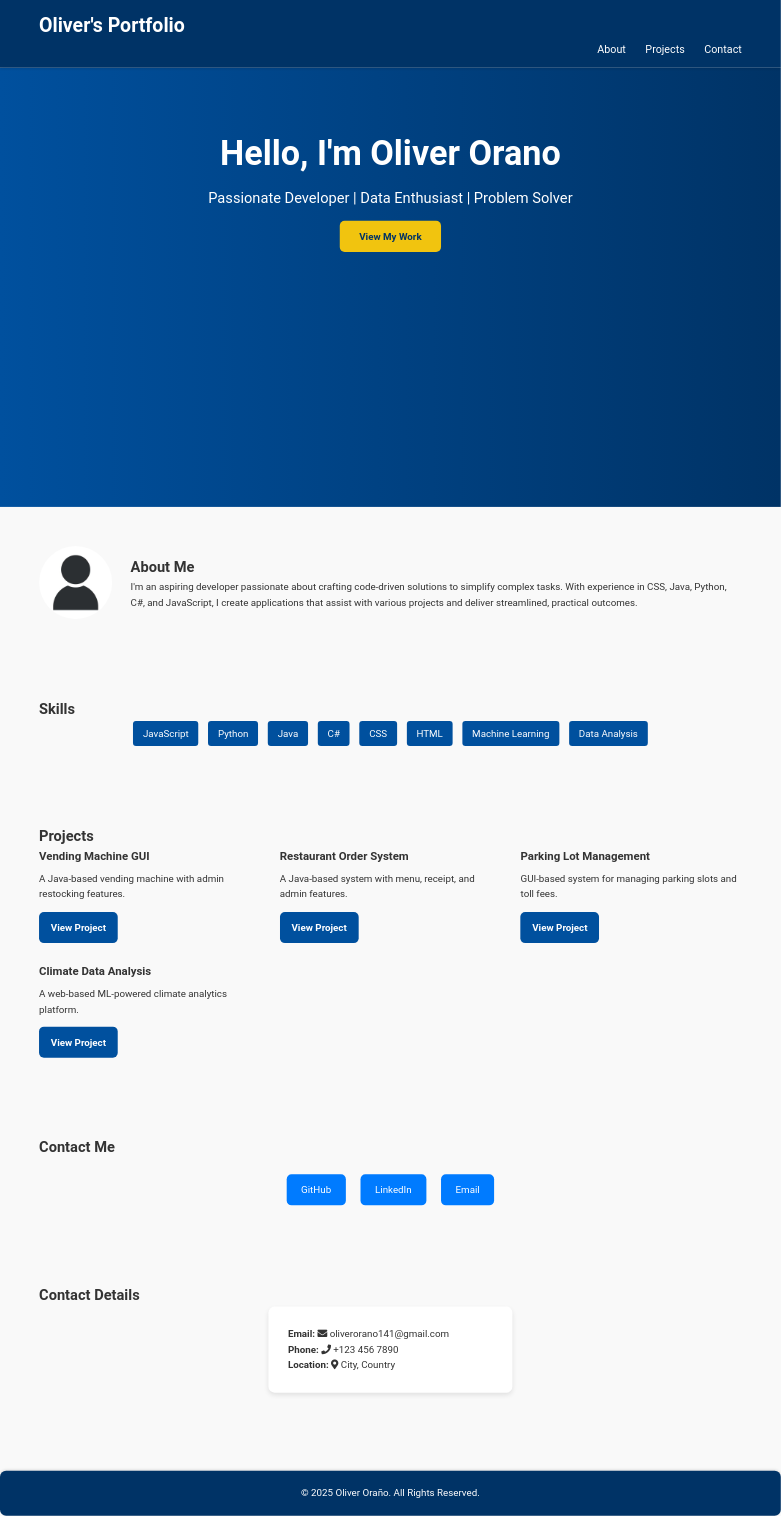
Repository: nightmar3fuel/portfolio.html
Page: my.html
These files come from the project's save history. The page is drawn as it stood at one moment and after the next save; the edit follows.
The browser window is 1280 px wide. The pictures show the whole page, at 61% of full size.

Above is the page before, as saved 2025-02-06 15:06:16.

### my.html
<!DOCTYPE html>
<html lang="en">

<head>
    <meta charset="UTF-8">
    <meta name="viewport" content="width=device-width, initial-scale=1.0">
    <title>Oliver's Portfolio</title>
    <link rel="stylesheet" href="styles.css">
    <link rel="stylesheet" href="https://cdnjs.cloudflare.com/ajax/libs/font-awesome/5.15.4/css/all.min.css">
</head>

<body>
    <header>
        <nav class="navbar">
            <div class="container">
                <h1 class="logo">Oliver's Portfolio</h1>
                <ul class="nav-links">
                    <li><a href="#about">About</a></li>
                    <li><a href="#projects">Projects</a></li>
                    <li><a href="#contact">Contact</a></li>
                </ul>
            </div>
        </nav>
    </header>

    <main>
        <section id="hero">
            <div class="hero-container">
                <h2>Hello, I'm Oliver Orano</h2>
                <p>Passionate Developer | Data Enthusiast | Problem Solver</p>
                <a href="#projects" class="cta-button">View My Work</a>
            </div>
        </section>

        <section id="about">
            <div class="container about-container">
                <img src="human.jpg" alt="Profile Picture" class="profile-pic">
                <div>
                    <h2>About Me</h2>
                    <p>I'm an aspiring developer passionate about crafting code-driven solutions to simplify complex tasks. With experience in CSS, Java, Python, C#, and JavaScript, I create applications that assist with various projects and deliver streamlined,
                        practical outcomes.</p>
                </div>
            </div>
        </section>
        <section id="skills">
            <div class="container">
                <h2>Skills</h2>
                <ul class="skills-list">
                    <li>JavaScript</li>
                    <li>Python</li>
                    <li>Java</li>
                    <li>C#</li>
                    <li>CSS</li>
                    <li>HTML</li>
                    <li>Machine Learning</li>
                    <li>Data Analysis</li>
                </ul>
            </div>
        </section>

        <section id="projects">
            <div class="container">
                <h2>Projects</h2>
                <div class="project-grid">
                    <div class="project-card">
                        <h3>Vending Machine GUI</h3>
                        <p>A Java-based vending machine with admin restocking features.</p>
                        <a href="#" target="_blank" class="project-link">View Project</a>
                    </div>
                    <div class="project-card">
                        <h3>Restaurant Order System</h3>
                        <p>A Java-based system with menu, receipt, and admin features.</p>
                        <a href="#" target="_blank" class="project-link">View Project</a>
                    </div>
                    <div class="project-card">
                        <h3>Parking Lot Management</h3>
                        <p>GUI-based system for managing parking slots and toll fees.</p>
                        <a href="#" target="_blank" class="project-link">View Project</a>
                    </div>
                    <div class="project-card">
                        <h3>Climate Data Analysis</h3>
                        <p>A web-based ML-powered climate analytics platform.</p>
                        <a href="#" target="_blank" class="project-link">View Project</a>
                    </div>
                </div>
            </div>
        </section>

        <section id="contact">
            <div class="container">
                <h2>Contact Me</h2>
                <div class="contact-links">
                    <a href="https://github.com/nightmar3fuel" target="_blank">GitHub</a>
                    <a href="https://linkedin.com/in/yourlinkedin" target="_blank">LinkedIn</a>
                    <a href="mailto:oliverorano141@gmail.com">Email</a>
                </div>
            </div>
        </section>
        <section id="contact-details">
            <div class="container contact-details-container">
                <h2>Contact Details</h2>
                <div class="contact-box">
                    <p><strong>Email:</strong> <i class="fas fa-envelope"></i> oliverorano141@gmail.com</p>
                    <p><strong>Phone:</strong> <i class="fas fa-phone"></i> +123 456 7890</p>
                    <p><strong>Location:</strong> <i class="fas fa-map-marker-alt"></i> City, Country</p>
                </div>
            </div>
        </section>
    </main>

    <footer>
        <p>&copy; 2025 Oliver Oraño. All Rights Reserved.</p>
    </footer>

</body>

</html>

### styles.css
/* General Reset */

* {
    margin: 0;
    padding: 0;
    box-sizing: border-box;
}

body {
    font-family: 'Roboto', sans-serif;
    /* Change to a more modern font */
    background-color: #f9f9f9;
    color: #333;
    line-height: 1.6;
    overflow-x: hidden;
    /* Prevent horizontal scroll */
}


/* Navbar */

.navbar {
    background-color: #003366;
    color: white;
    padding: 1rem 0;
    position: sticky;
    top: 0;
    z-index: 1000;
    box-shadow: 0 2px 4px rgba(0, 0, 0, 0.1);
    /* Add shadow */
}

.container {
    max-width: 1200px;
    margin: 0 auto;
    padding: 0 1.5rem;
}

.navbar .logo {
    font-size: 2rem;
    font-weight: bold;
}

.nav-links {
    list-style: none;
    display: flex;
    justify-content: flex-end;
}

.nav-links li {
    margin-left: 2rem;
}

.nav-links a {
    color: white;
    text-decoration: none;
    font-size: 1.1rem;
    transition: color 0.3s, transform 0.3s;
}

.nav-links a:hover {
    color: #f1c40f;
    transform: scale(1.05);
}


/* Hero Section */

#hero {
    background: linear-gradient(to right, #00509e, #003366);
    /* Gradient background */
    color: white;
    padding: 6rem 0;
    text-align: center;
    min-height: 100vh;
    /* Full viewport height */
}

.hero-container h2 {
    font-size: 3.5rem;
    margin-bottom: 0.5rem;
}

.hero-container p {
    font-size: 1.5rem;
    margin-bottom: 2rem;
}

.cta-button,
.project-link {
    background-color: #f1c40f;
    color: #003366;
    padding: 1rem 2rem;
    text-decoration: none;
    font-weight: bold;
    border-radius: 8px;
    transition: background-color 0.3s, transform 0.3s;
}

.cta-button:hover,
.project-link:hover {
    background-color: #003366;
    color: white;
    transform: scale(1.05);
}


/* Section Styling */

section {
    padding: 4rem 0;
}


/* Project Section */

.project-grid {
    display: grid;
    grid-template-columns: repeat(auto-fit, minmax(300px, 1fr));
    gap: 2rem;
}

.project-card {
    transition: transform 0.3s, box-shadow 0.3s;
}

.project-card:hover {
    transform: translateY(-5px);
    box-shadow: 0 8px 16px rgba(0, 0, 0, 0.2);
}

.project-card h3 {
    margin-bottom: 0.5rem;
}

.project-card p {
    margin-bottom: 1rem;
}

.project-link {
    text-decoration: none;
    background-color: #00509e;
    color: white;
    padding: 0.8rem 1.2rem;
    border-radius: 8px;
    display: inline-block;
    transition: background-color 0.3s, transform 0.3s;
}

.project-link:hover {
    background-color: #003366;
    transform: scale(1.05);
}


/* Contact Section */

.contact-links {
    display: flex;
    justify-content: center;
    gap: 1.5rem;
    margin-top: 1.5rem;
}

.contact-links a {
    text-decoration: none;
    background-color: #007BFF;
    color: white;
    padding: 0.8rem 1.5rem;
    border-radius: 8px;
    transition: background-color 0.2s, transform 0.2s;
}

.contact-links a:hover {
    background-color: #0056b3;
    transform: scale(1.05);
}


/* Footer */

footer {
    background-color: #003366;
    color: white;
    text-align: center;
    padding: 1.5rem 0;
    margin-top: 4rem;
    border-radius: 10px;
    box-shadow: 0 -2px 4px rgba(0, 0, 0, 0.1);
    /* Add shadow */
}

.about-container {
    display: flex;
    align-items: center;
    gap: 30px;
}

.profile-pic {
    width: 120px;
    height: 120px;
    border-radius: 50%;
    object-fit: cover;
}

@media (max-width: 768px) {
    .about-container {
        flex-direction: column;
        text-align: center;
    }
    .profile-pic {
        width: 100px;
        height: 100px;
    }
}

.skills-list {
    list-style: none;
    display: flex;
    flex-wrap: wrap;
    gap: 1rem;
    justify-content: center;
}

.skills-list li {
    background-color: #00509e;
    color: white;
    padding: 0.5rem 1rem;
    border-radius: 5px;
    transition: background-color 0.3s;
}

.skills-list li:hover {
    background-color: #003366;
}

.contact-box {
    background-color: white;
    padding: 2rem;
    border-radius: 10px;
    box-shadow: 0 4px 8px rgba(0, 0, 0, 0.1);
    margin: 0 auto;
    max-width: 400px;
    /* Limit the width of the contact box */
    transition: transform 0.3s;
    /* Add transition */
}

.contact-box:hover {
    transform: scale(1.02);
    /* Slightly scale on hover */
}

After the next save:
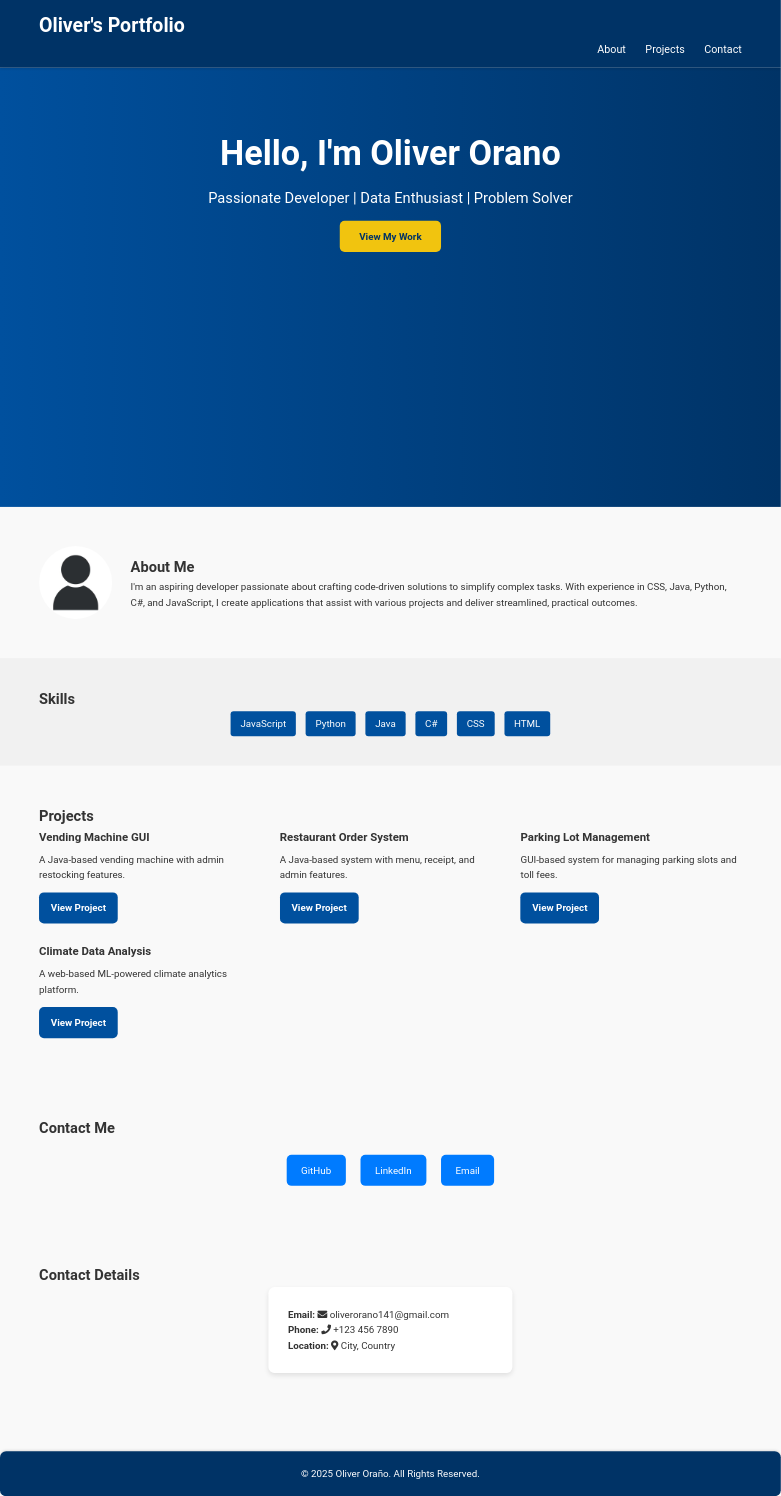
Saved 3 min 18 s later.
--- a/my.html
+++ b/my.html
@@ -46,14 +46,12 @@
             <div class="container">
                 <h2>Skills</h2>
                 <ul class="skills-list">
-                    <li>JavaScript</li>
-                    <li>Python</li>
-                    <li>Java</li>
-                    <li>C#</li>
-                    <li>CSS</li>
-                    <li>HTML</li>
-                    <li>Machine Learning</li>
-                    <li>Data Analysis</li>
+                    <li><a href="https://developer.mozilla.org/en-US/docs/Web/JavaScript" target="_blank">JavaScript</a></li>
+                    <li><a href="https://www.python.org/doc/" target="_blank">Python</a></li>
+                    <li><a href="https://docs.oracle.com/javase/8/docs/api/" target="_blank">Java</a></li>
+                    <li><a href="https://docs.microsoft.com/en-us/dotnet/csharp/" target="_blank">C#</a></li>
+                    <li><a href="https://www.w3schools.com/css/" target="_blank">CSS</a></li>
+                    <li><a href="https://www.w3schools.com/html/" target="_blank">HTML</a></li>
                 </ul>
             </div>
         </section>
--- a/styles.css
+++ b/styles.css
@@ -214,6 +214,15 @@ footer {
     }
 }
 
+
+/* Skills Section */
+
+#skills {
+    padding: 3rem 0;
+    background-color: #f1f1f1;
+    /* Light background for contrast */
+}
+
 .skills-list {
     list-style: none;
     display: flex;
@@ -224,14 +233,23 @@ footer {
 
 .skills-list li {
     background-color: #00509e;
+    /* Background color for skill items */
     color: white;
     padding: 0.5rem 1rem;
     border-radius: 5px;
     transition: background-color 0.3s;
 }
 
+.skills-list li a {
+    color: white;
+    /* Link color */
+    text-decoration: none;
+    /* Remove underline */
+}
+
 .skills-list li:hover {
     background-color: #003366;
+    /* Darker background on hover */
 }
 
 .contact-box {
